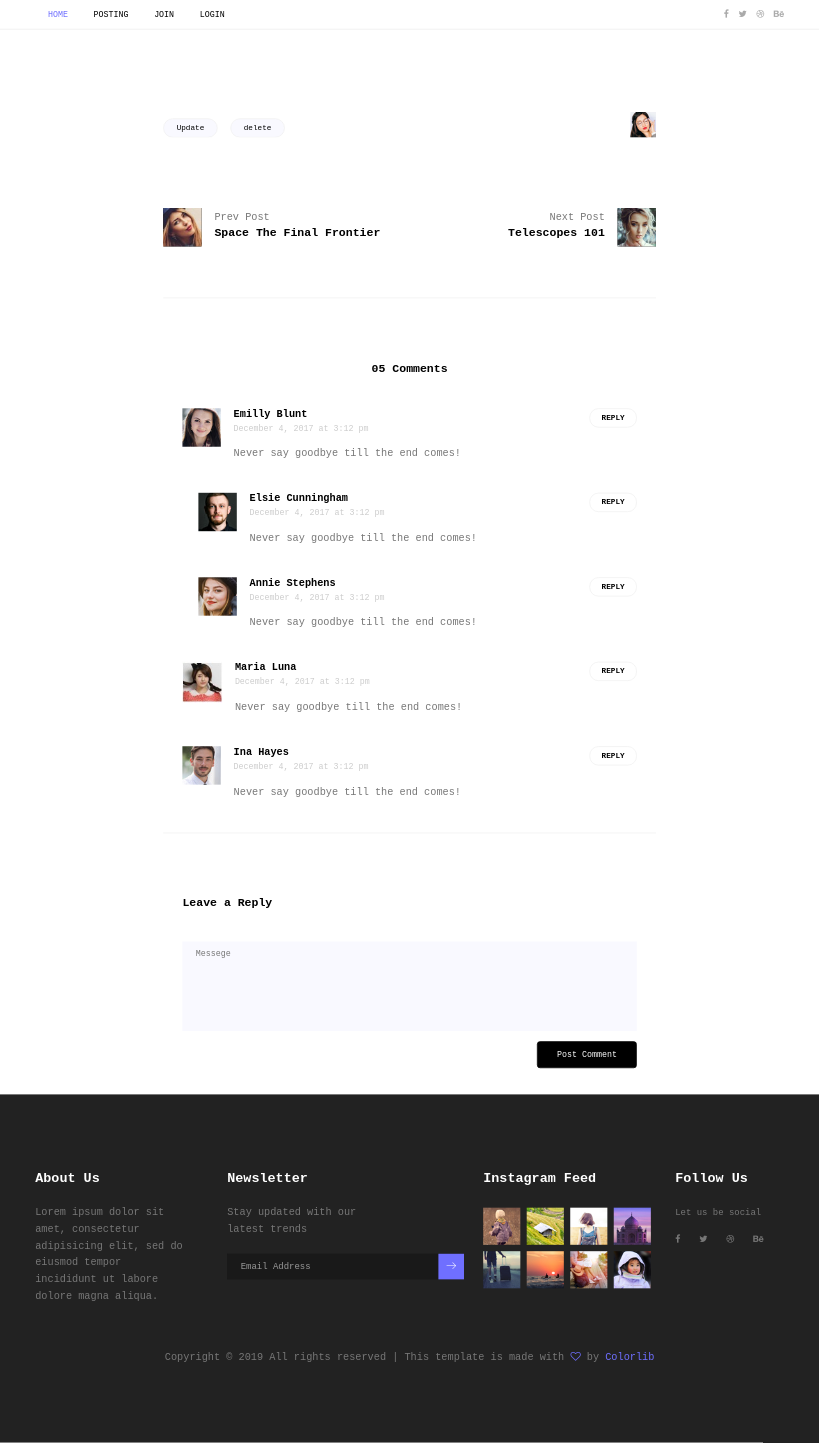
Repository: heonyKim/JSP
Page: http://localhost/blog/board/detail.jsp
The author's editor kept a copy of each file at every save. The page is drawn from the files as they stood at one save, then again after the next save.
The browser window is 1280 px wide. The pictures show the whole page, at 64% of full size.
Some web fonts or font styles are not loaded; a fallback is used. The page is served by Tomcat 9. Other server files are loaded and not shown. The template is opened directly, without the code that normally fills it, so the values that code supplies are empty.

Above is the page before, as saved 2019-10-30 02:30:39.

### blog_project/blog/WebContent/board/detail.jsp
<%@ page language="java" contentType="text/html; charset=UTF-8" pageEncoding="UTF-8"%>

<!-- import nav.jsp -->
<%@ include file="/include/nav.jsp"%>


<!--================Blog Area =================-->
<section class="blog_area single-post-area">
	<div class="container">
		<div class="row">
			<div class="col-lg-2"></div>
			<div class="col-lg-8">
				<div class="main_blog_details">

					<a href="#"><h4>
							${board.title}
						</h4></a>
					<div class="user_details">
						<div class="float-left">
							<a href="#">Update</a> <a href="#">delete</a>
						</div>
						<div class="float-right">
							<div class="media">
								<div class="media-body">
									<h5>${board.readCount}</h5>
									<p>${board.createDate}</p>
								</div>
								<div class="d-flex">
									<img src="img/blog/user-img.jpg" alt="">
								</div>
							</div>
						</div>
					</div>
					${board.content}

				</div>
				<div class="navigation-area">
					<div class="row">
						<div class="col-lg-6 col-md-6 col-12 nav-left flex-row d-flex justify-content-start align-items-center">
							<div class="thumb">
								<a href="#"><img class="img-fluid" src="img/blog/prev.jpg" alt=""></a>
							</div>
							<div class="arrow">
								<a href="#"><span class="lnr text-white lnr-arrow-left"></span></a>
							</div>
							<div class="detials">
								<p>Prev Post</p>
								<a href="#"><h4>Space The Final Frontier</h4></a>
							</div>
						</div>
						<div class="col-lg-6 col-md-6 col-12 nav-right flex-row d-flex justify-content-end align-items-center">
							<div class="detials">
								<p>Next Post</p>
								<a href="#"><h4>Telescopes 101</h4></a>
							</div>
							<div class="arrow">
								<a href="#"><span class="lnr text-white lnr-arrow-right"></span></a>
							</div>
							<div class="thumb">
								<a href="#"><img class="img-fluid" src="img/blog/next.jpg" alt=""></a>
							</div>
						</div>
					</div>
				</div>
				<div class="comments-area">
					<h4>05 Comments</h4>
					<div class="comment-list">
						<div class="single-comment justify-content-between d-flex">
							<div class="user justify-content-between d-flex">
								<div class="thumb">
									<img src="img/blog/c1.jpg" alt="">
								</div>
								<div class="desc">
									<h5>
										<a href="#">Emilly Blunt</a>
									</h5>
									<p class="date">December 4, 2017 at 3:12 pm</p>
									<p class="comment">Never say goodbye till the end comes!</p>
								</div>
							</div>
							<div class="reply-btn">
								<a href="" class="btn-reply text-uppercase">reply</a>
							</div>
						</div>
					</div>
					<div class="comment-list left-padding">
						<div class="single-comment justify-content-between d-flex">
							<div class="user justify-content-between d-flex">
								<div class="thumb">
									<img src="img/blog/c2.jpg" alt="">
								</div>
								<div class="desc">
									<h5>
										<a href="#">Elsie Cunningham</a>
									</h5>
									<p class="date">December 4, 2017 at 3:12 pm</p>
									<p class="comment">Never say goodbye till the end comes!</p>
								</div>
							</div>
							<div class="reply-btn">
								<a href="" class="btn-reply text-uppercase">reply</a>
							</div>
						</div>
					</div>
					<div class="comment-list left-padding">
						<div class="single-comment justify-content-between d-flex">
							<div class="user justify-content-between d-flex">
								<div class="thumb">
									<img src="img/blog/c3.jpg" alt="">
								</div>
								<div class="desc">
									<h5>
										<a href="#">Annie Stephens</a>
									</h5>
									<p class="date">December 4, 2017 at 3:12 pm</p>
									<p class="comment">Never say goodbye till the end comes!</p>
								</div>
							</div>
							<div class="reply-btn">
								<a href="" class="btn-reply text-uppercase">reply</a>
							</div>
						</div>
					</div>
					<div class="comment-list">
						<div class="single-comment justify-content-between d-flex">
							<div class="user justify-content-between d-flex">
								<div class="thumb">
									<img src="img/blog/c4.jpg" alt="">
								</div>
								<div class="desc">
									<h5>
										<a href="#">Maria Luna</a>
									</h5>
									<p class="date">December 4, 2017 at 3:12 pm</p>
									<p class="comment">Never say goodbye till the end comes!</p>
								</div>
							</div>
							<div class="reply-btn">
								<a href="" class="btn-reply text-uppercase">reply</a>
							</div>
						</div>
					</div>
					<div class="comment-list">
						<div class="single-comment justify-content-between d-flex">
							<div class="user justify-content-between d-flex">
								<div class="thumb">
									<img src="img/blog/c5.jpg" alt="">
								</div>
								<div class="desc">
									<h5>
										<a href="#">Ina Hayes</a>
									</h5>
									<p class="date">December 4, 2017 at 3:12 pm</p>
									<p class="comment">Never say goodbye till the end comes!</p>
								</div>
							</div>
							<div class="reply-btn">
								<a href="" class="btn-reply text-uppercase">reply</a>
							</div>
						</div>
					</div>
				</div>
				<div class="comment-form">
					<h4>Leave a Reply</h4>
					<form>

						<div class="form-group">
							<textarea class="form-control mb-10" rows="5" name="message" placeholder="Messege" onfocus="this.placeholder = ''" onblur="this.placeholder = 'Messege'" required=""></textarea>
						</div>
						<a href="#" class="primary-btn submit_btn">Post Comment</a>
					</form>
				</div>
			</div>
			<div class="col-lg-2"></div>
		</div>
	</div>
</section>
<!--================Blog Area =================-->

<!-- import footer.jsp -->
<%@ include file="/include/footer.jsp"%>

### blog_project/blog/WebContent/include/nav.jsp
<%@ page language="java" contentType="text/html; charset=UTF-8" pageEncoding="UTF-8"%>
<%@ taglib prefix="c" uri="http://java.sun.com/jsp/jstl/core"%>
<!doctype html>
<html lang="en">
<head>
<!-- Required meta tags -->
<meta charset="utf-8">
<meta name="viewport" content="width=device-width, initial-scale=1, shrink-to-fit=no">
<link rel="icon" href="/blog/img/favicon.png" type="image/png">
<title>Blog</title>
<!-- Bootstrap CSS -->
<link rel="stylesheet" href="/blog/css/bootstrap.css">
<link rel="stylesheet" href="/blog/vendors/linericon/style.css">
<link rel="stylesheet" href="/blog/css/font-awesome.min.css">
<link rel="stylesheet" href="/blog/vendors/owl-carousel/owl.carousel.min.css">
<link rel="stylesheet" href="/blog/vendors/lightbox/simpleLightbox.css">
<link rel="stylesheet" href="/blog/vendors/nice-select/css/nice-select.css">
<link rel="stylesheet" href="/blog/vendors/animate-css/animate.css">
<link rel="stylesheet" href="/blog/vendors/jquery-ui/jquery-ui.css">
<!-- main css -->
<link rel="stylesheet" href="/blog/css/style.css">
<link rel="stylesheet" href="/blog/css/responsive.css">
<style>
.board_list_content {
	display:block;
	display: -webkit-box;
	-webkit-box-orient: vertical;
	text-align: left;
	overflow: hidden;
	text-overflow: ellipsis;
	white-space: normal;
	line-height: 1.4;
	height : 2.6em;
	-webkit-line-clamp: 2;
	margin-bottom: 20px;
	word-break: break-all;
}
</style>
</head>
<body>

	<!--================Header Menu Area =================-->
	<header class="header_area">
		<div class="main_menu">
			<nav class="navbar navbar-expand-lg navbar-light">
				<div class="container box_1620">
					<!-- Brand and toggle get grouped for better mobile display -->
					<a class="navbar-brand logo_h" href="/blog/index.jsp"><img src="/blog/img/logo.png" alt=""></a>
					<button class="navbar-toggler" type="button" data-toggle="collapse" data-target="#navbarSupportedContent" aria-controls="navbarSupportedContent" aria-expanded="false"
						aria-label="Toggle navigation">
						<span class="icon-bar"></span> <span class="icon-bar"></span> <span class="icon-bar"></span>
					</button>
					<!-- Collect the nav links, forms, and other content for toggling -->
					<div class="collapse navbar-collapse offset" id="navbarSupportedContent">
						<ul class="nav navbar-nav menu_nav">
							<li class="nav-item active"><a class="nav-link" href="/blog/index.jsp">Home</a></li>
							<li class="nav-item"><a class="nav-link" href="/blog/board/write.jsp">Posting</a></li>
							<li class="nav-item"><a class="nav-link" href="/blog/user/join.jsp">Join</a></li>

							<c:choose>
								<c:when test="${empty sessionScope.user}">
									<li class="nav-item"><a class="nav-link" href="/blog/user/login.jsp">LOGIN</a></li>
								</c:when>
								<c:otherwise>
									<li class="nav-item"><a class="nav-link" href="/blog/user?cmd=logout">LOGOUT</a></li>
								</c:otherwise>
							</c:choose>



						</ul>
						<ul class="nav navbar-nav navbar-right header_social ml-auto">
							<li class="nav-item"><a href="#"><i class="fa fa-facebook"></i></a></li>
							<li class="nav-item"><a href="#"><i class="fa fa-twitter"></i></a></li>
							<li class="nav-item"><a href="#"><i class="fa fa-dribbble"></i></a></li>
							<li class="nav-item"><a href="#"><i class="fa fa-behance"></i></a></li>
						</ul>
					</div>
				</div>
			</nav>
		</div>

	</header>
	<!--================Header Menu Area =================-->

### blog_project/blog/WebContent/include/footer.jsp
<%@ page language="java" contentType="text/html; charset=UTF-8" pageEncoding="UTF-8"%>
<!DOCTYPE html>
<html>
<head>
<meta charset="UTF-8">
<title>Insert title here</title>
</head>
<body>
	<!--================ start footer Area  =================-->
	<footer class="footer-area p_120">
		<div class="container">
			<div class="row">
				<div class="col-lg-3  col-md-6 col-sm-6">
					<div class="single-footer-widget">
						<h6 class="footer_title">About Us</h6>
						<p>Lorem ipsum dolor sit amet, consectetur adipisicing elit, sed do eiusmod tempor incididunt ut labore dolore magna aliqua.</p>
					</div>
				</div>
				<div class="col-lg-4 col-md-6 col-sm-6">
					<div class="single-footer-widget">
						<h6 class="footer_title">Newsletter</h6>
						<p>Stay updated with our latest trends</p>
						<div id="mc_embed_signup">
							<form target="_blank" action="https://spondonit.us12.list-manage.com/subscribe/post?u=1462626880ade1ac87bd9c93a&amp;id=92a4423d01" method="get" class="subscribe_form relative">
								<div class="input-group d-flex flex-row">
									<input name="EMAIL" placeholder="Email Address" onfocus="this.placeholder = ''" onblur="this.placeholder = 'Email Address '" required="" type="email">
									<button class="btn sub-btn">
										<span class="lnr lnr-arrow-right"></span>
									</button>
								</div>
								<div class="mt-10 info"></div>
							</form>
						</div>
					</div>
				</div>
				<div class="col-lg-3 col-md-6 col-sm-6">
					<div class="single-footer-widget instafeed">
						<h6 class="footer_title">Instagram Feed</h6>
						<ul class="list instafeed d-flex flex-wrap">
							<li><img src="/blog/img/instagram/Image-01.jpg" alt=""></li>
							<li><img src="/blog/img/instagram/Image-02.jpg" alt=""></li>
							<li><img src="/blog/img/instagram/Image-03.jpg" alt=""></li>
							<li><img src="/blog/img/instagram/Image-04.jpg" alt=""></li>
							<li><img src="/blog/img/instagram/Image-05.jpg" alt=""></li>
							<li><img src="/blog/img/instagram/Image-06.jpg" alt=""></li>
							<li><img src="/blog/img/instagram/Image-07.jpg" alt=""></li>
							<li><img src="/blog/img/instagram/Image-08.jpg" alt=""></li>
						</ul>
					</div>
				</div>
				<div class="col-lg-2 col-md-6 col-sm-6">
					<div class="single-footer-widget f_social_wd">
						<h6 class="footer_title">Follow Us</h6>
						<p>Let us be social</p>
						<div class="f_social">
							<a href="#"><i class="fa fa-facebook"></i></a> <a href="#"><i class="fa fa-twitter"></i></a> <a href="#"><i class="fa fa-dribbble"></i></a> <a href="#"><i class="fa fa-behance"></i></a>
						</div>
					</div>
				</div>
			</div>
			<div class="row footer-bottom d-flex justify-content-between align-items-center">
				<p class="col-lg-12 footer-text text-center">
					<!-- Link back to Colorlib can't be removed. Template is licensed under CC BY 3.0. -->
					Copyright &copy;
					<script>
						document.write(new Date().getFullYear());
					</script>
					All rights reserved | This template is made with <i class="fa fa-heart-o" aria-hidden="true"></i> by <a href="https://colorlib.com" target="_blank">Colorlib</a>
					<!-- Link back to Colorlib can't be removed. Template is licensed under CC BY 3.0. -->
				</p>
			</div>
		</div>
	</footer>
	<!--================ End footer Area  =================-->




	<!-- Optional JavaScript -->
	<!-- jQuery first, then Popper.js, then Bootstrap JS -->
	<script src="/blog/js/jquery-3.2.1.min.js"></script>
	<script src="/blog/js/popper.js"></script>
	<script src="/blog/js/bootstrap.min.js"></script>
	<script src="/blog/js/stellar.js"></script>
	<script src="/blog/vendors/lightbox/simpleLightbox.min.js"></script>
	<script src="/blog/vendors/nice-select/js/jquery.nice-select.min.js"></script>
	<script src="/blog/vendors/isotope/imagesloaded.pkgd.min.js"></script>
	<script src="/blog/vendors/isotope/isotope-min.js"></script>
	<script src="/blog/vendors/owl-carousel/owl.carousel.min.js"></script>
	<script src="/blog/vendors/jquery-ui/jquery-ui.js"></script>
	<script src="/blog/js/jquery.ajaxchimp.min.js"></script>
	<script src="/blog/js/mail-script.js"></script>
	<script src="/blog/js/theme.js"></script>
	<script src=""></script>
	<script src=""></script>
</body>
</html>

Loaded but not shown: blog_project/blog/WebContent/css/bootstrap.css (library); blog_project/blog/WebContent/vendors/linericon/style.css (library); blog_project/blog/WebContent/css/font-awesome.min.css (library); blog_project/blog/WebContent/vendors/owl-carousel/owl.carousel.min.css (common file); blog_project/blog/WebContent/vendors/lightbox/simpleLightbox.css (library); blog_project/blog/WebContent/vendors/nice-select/css/nice-select.css (library); blog_project/blog/WebContent/vendors/animate-css/animate.css (library); blog_project/blog/WebContent/vendors/jquery-ui/jquery-ui.css (library); blog_project/blog/WebContent/js/jquery-3.2.1.min.js (library); blog_project/blog/WebContent/js/popper.js (library); blog_project/blog/WebContent/js/bootstrap.min.js (library); blog_project/blog/WebContent/js/stellar.js (library); blog_project/blog/WebContent/vendors/lightbox/simpleLightbox.min.js (library); blog_project/blog/WebContent/vendors/nice-select/js/jquery.nice-select.min.js (common file); blog_project/blog/WebContent/vendors/isotope/imagesloaded.pkgd.min.js (library); blog_project/blog/WebContent/vendors/isotope/isotope-min.js (library); blog_project/blog/WebContent/vendors/owl-carousel/owl.carousel.min.js (library); blog_project/blog/WebContent/vendors/jquery-ui/jquery-ui.js (library); blog_project/blog/WebContent/js/jquery.ajaxchimp.min.js (library); blog_project/blog/WebContent/js/theme.js (283 lines, source omitted); blog_project/blog/WebContent/js/mail-script.js (31 lines, source omitted); blog_project/blog/WebContent/css/style.css (3905 lines, source omitted); blog_project/blog/WebContent/css/responsive.css (373 lines, source omitted)

After the next save:
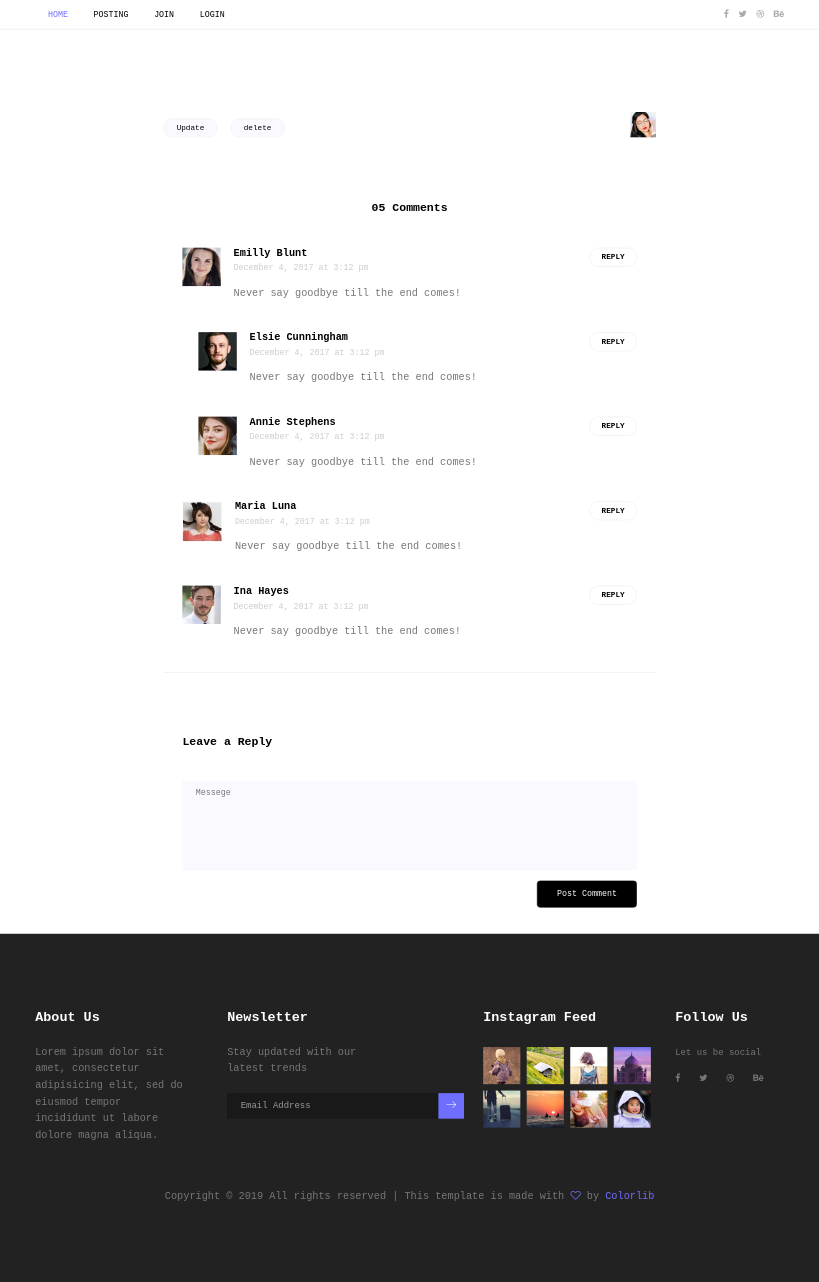
Saved 80 s later.
--- a/blog_project/blog/WebContent/board/detail.jsp
+++ b/blog_project/blog/WebContent/board/detail.jsp
@@ -34,7 +34,7 @@
 					${board.content}
 
 				</div>
-				<div class="navigation-area">
+				<!-- <div class="navigation-area">
 					<div class="row">
 						<div class="col-lg-6 col-md-6 col-12 nav-left flex-row d-flex justify-content-start align-items-center">
 							<div class="thumb">
@@ -61,7 +61,7 @@
 							</div>
 						</div>
 					</div>
-				</div>
+				</div> -->
 				<div class="comments-area">
 					<h4>05 Comments</h4>
 					<div class="comment-list">
